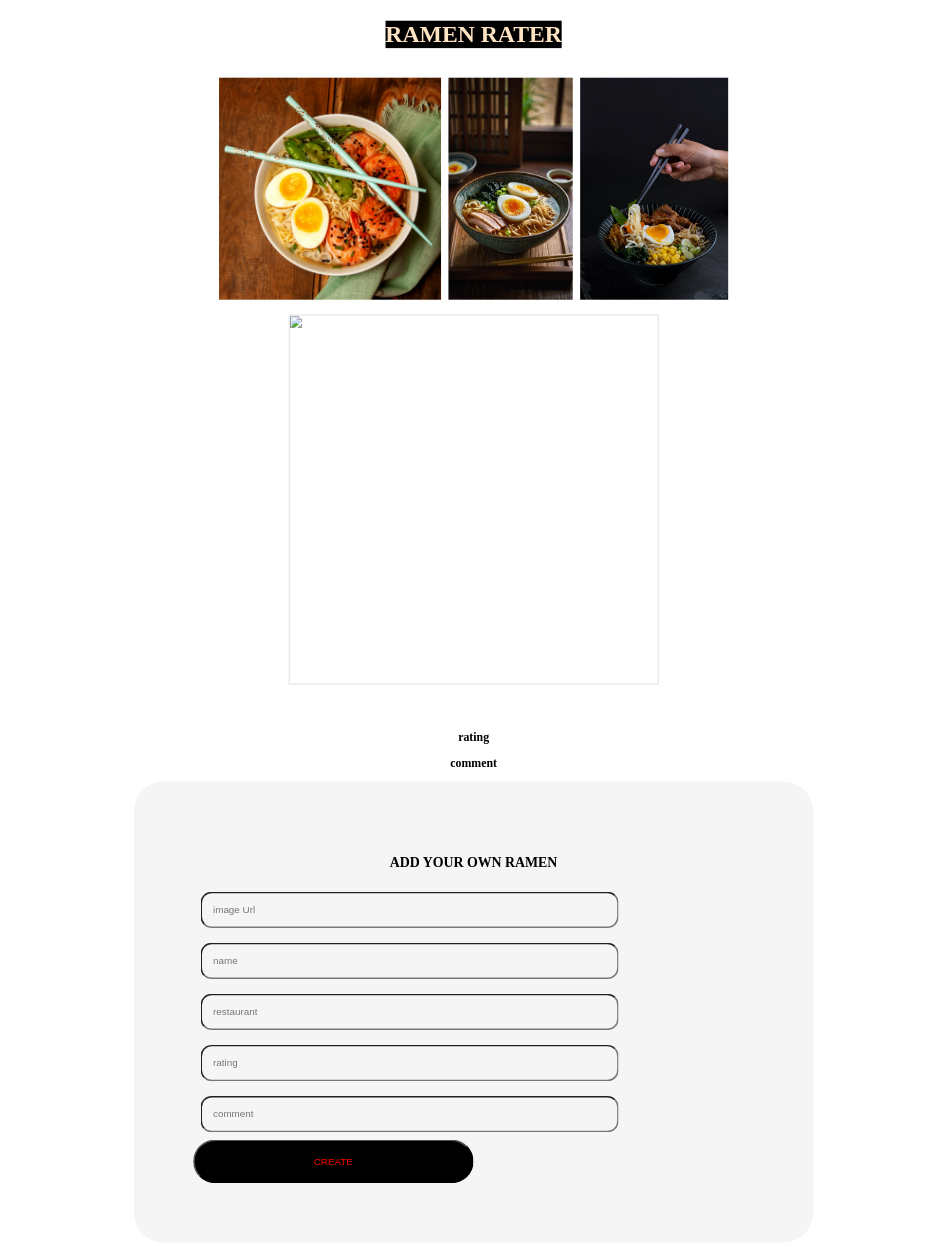
Repository: travinne/travthegr88
Page: mkadi/test/assignments/code-challanges/ramen-rating-app/index.html
These files come from the project's save history. The page is drawn as it stood at one moment and after the next save; the edit follows.
The browser window is 1280 px wide. The pictures show the whole page, at 74% of full size.

Above is the page before, as saved 2025-03-20 16:02:15.

### mkadi/test/assignments/code-challanges/ramen-rating-app/index.html
<!DOCTYPE html>
<html lang="en">
<head>
    <meta charset="UTF-8">
    <meta name="viewport" content="width=device-width, initial-scale=1.0">
    <title>Document</title>
    <script src="index.js" defer></script>
    <link rel="stylesheet" href="css/style.css">
</head>
<body>
    <h1 id="title"></h1>

    <div id="menu"></div>

    <div id="ramen-details"></div>
        <img id="image-ramen" src="" alt="">
        <h2 id="name-ramen"></h2>
        <h3 id="restaurant-ramen"></h3>
        <p><strong>rating</strong> <span id="rating-ramen"></span></p>
        <p><strong>comment</strong> <span id="comment-ramen"></span></p>

    <div>
        <form id="new-ramen">
            <h3 id="new">ADD YOUR OWN RAMEN</h3>
            <input type="url" id="new-image" name="image" placeholder="image Url"required>
            <input type="text" id="new-name" name="name" placeholder="name"required>
            <input type="text" id="new-restaurant" name="restaurant" placeholder="restaurant"required>
            <input type="text"  id="new-rating" name="rating" placeholder="rating"required>
            <input type="text"  id="new-comment" name="comment" placeholder="comment"required>
            <button type="submit">CREATE</button>
        </form>
    </div>


</body>
</html>

### mkadi/test/assignments/code-challanges/ramen-rating-app/index.js
document.addEventListener('DOMContentLoaded',main)

let h1 = document.getElementById('title')
h1.innerText = 'RAMEN  RATER';

const ramens = [
     { id: 1,
    name: 'Shoyu Ramen',
    restaurant: "Ichiran",
    image:'images/michele-blackwell-rAyCBQTH7ws-unsplash.jpg',
    rating: 5,
    comment: "Delicious!"
},

{
    id: 2,
    name: 'miso Ramen',
    restaurant: "menya",
    image:'images/Easy Japanese Ramen Recipe.jpeg',
    rating: 4,
    comment: "very favourable"
},

  {
    id: 3,
    name: 'bon vivant',
    restaurant: "ramen-yu",
    image:'images/bon-vivant-qom5MPOER-I-unsplash.jpg',
    rating: 3,
    comment: "creamy and rich"
 },
];

function displayRamens(){
    const ramenMenu = document.getElementById('menu');
    ramenMenu.innerHTML = ""
    ramens.forEach(ramen => {
        const img = document.createElement('img');
        img.src = ramen.image;
        img.alt = ramen.name;
        img.addEventListener('click',() => handleClick(ramen));
        ramenMenu.appendChild(img)
        });
}

function handleClick(ramen){
    document.getElementById('image-ramen').src = ramen.image;
    document.getElementById('name-ramen').textContent = ramen.name;
    document.getElementById('restaurant-ramen').textContent = ramen.restaurant;
    document.getElementById('rating-ramen').textContent = `rating: ${ramen.rating}`;
    document.getElementById('comment-ramen').textContent = `comment: ${ramen.comment}`;
}

function newRamen(event){
    event.preventDefault();

    const form = document.getElementById('new-ramen');
    const newRamen = {
        id: ramens.length + 1,
        image: document.getElementById('new-image').value,
        name: document.getElementById('new-name').value,
        restaurant: document.getElementById('new-restaurant').value,
        rating: document.getElementById('new-rating').value,
        comment: document.getElementById('new-comment').value,
    }
if (newRamen.image && newRamen.name && newRamen.restaurant){
    ramens.push(newRamen);
    displayRamens();
    handleClick(newRamen);
    form.reset();}  }

function addEventListeners (){
    const form = document.getElementById('new-ramen');
    form.addEventListener('submit', newRamen)

    }

function main(){
    displayRamens()
    addEventListeners()
 }

### mkadi/test/assignments/code-challanges/ramen-rating-app/css/style.css
*{

    justify-content: center;
    align-content: center;
    justify-items: center;

}

h1{background-color: black;
color: bisque;
margin: 20px;
}



#menu{
    display: flex;
    gap: 10px;
    padding: 20px;
    height: 300px;
    width: 300px;
    justify-content: space-between;
    justify-content: center;



}

#image-ramen{
    height: 500px;
    width: 500px;
}

form{

    background-color: whitesmoke;
    padding: 80px;
    width:60%;
    border-radius:40px;





}

input{
    width:70%;
    padding:15px;
    margin: 10px;
    border-radius: 15px;
    background-color: whitesmoke;
    justify-content: center;
}

button {
    background-color:black;
    color: red;
    padding: 20px;
    cursor: pointer;
    border-radius: 30px;
    width: 50%;}

 button:hover{
    color: burlywood;
 }

After the next save:
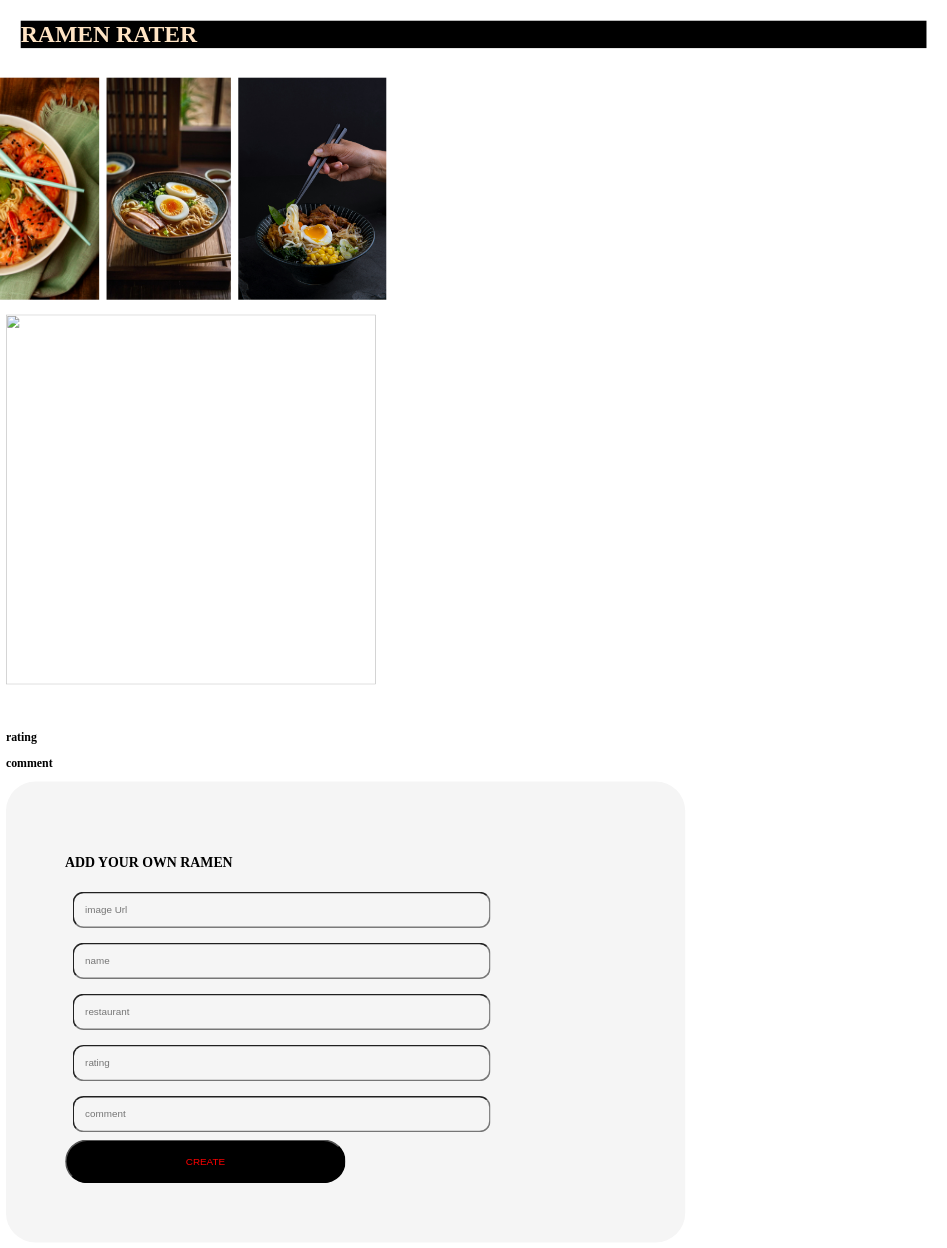
Saved 44 s later.
--- a/mkadi/test/assignments/code-challanges/ramen-rating-app/css/style.css
+++ b/mkadi/test/assignments/code-challanges/ramen-rating-app/css/style.css
@@ -2,7 +2,7 @@
 
     justify-content: center;
     align-content: center;
-    justify-items: center;
+
 
 }
 
@@ -21,6 +21,7 @@
     width: 300px;
     justify-content: space-between;
     justify-content: center;
+    justify-items: center;
 
 
 

After the 2 saves that followed:
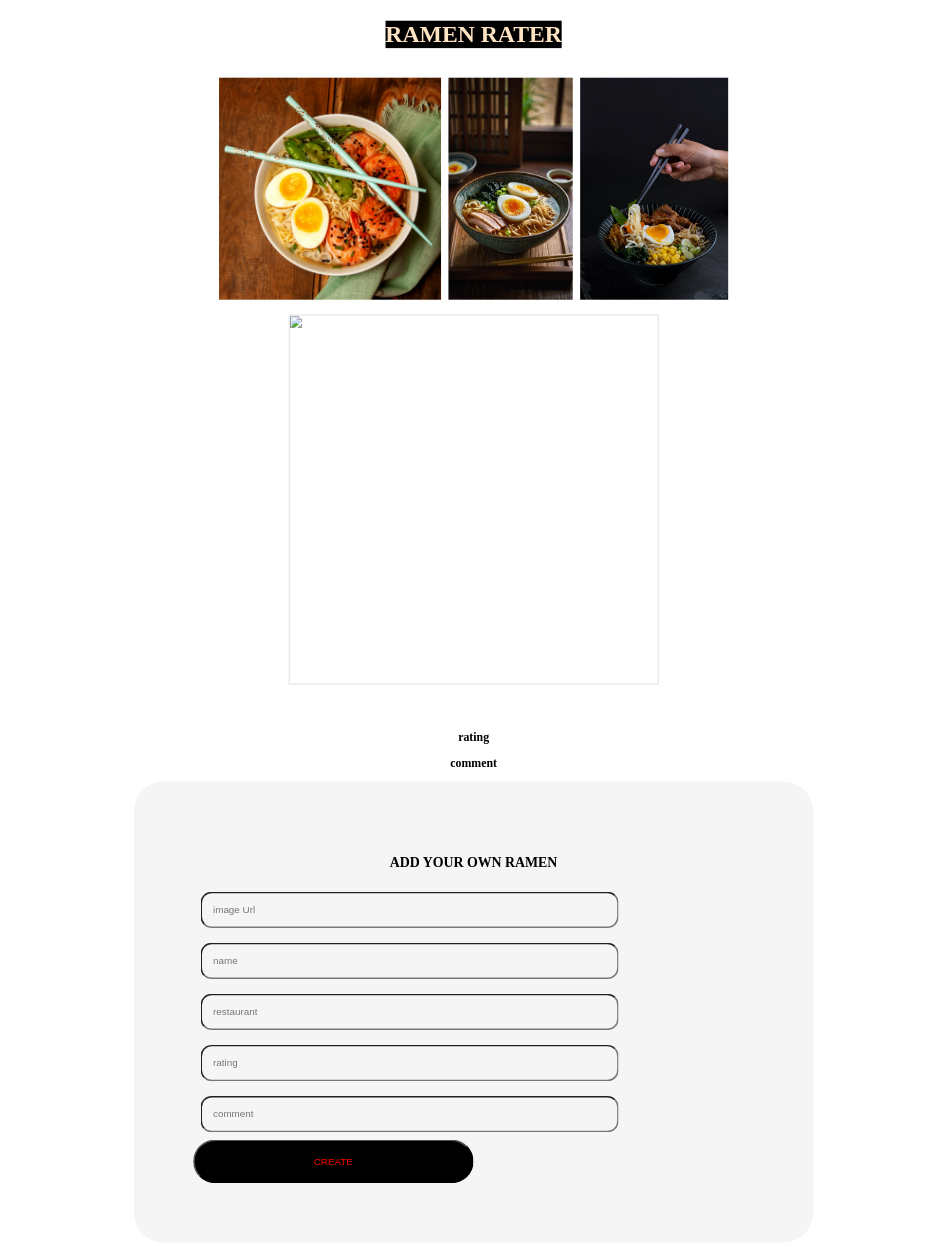
The 2 saves are shown as one change because 1 left the picture as it was.
The last was saved 70 s later.
--- a/mkadi/test/assignments/code-challanges/ramen-rating-app/css/style.css
+++ b/mkadi/test/assignments/code-challanges/ramen-rating-app/css/style.css
@@ -2,6 +2,7 @@
 
     justify-content: center;
     align-content: center;
+    justify-items: center;
 
 
 }
@@ -21,10 +22,6 @@
     width: 300px;
     justify-content: space-between;
     justify-content: center;
-    justify-items: center;
-
-
-
 }
 
 #image-ramen{
